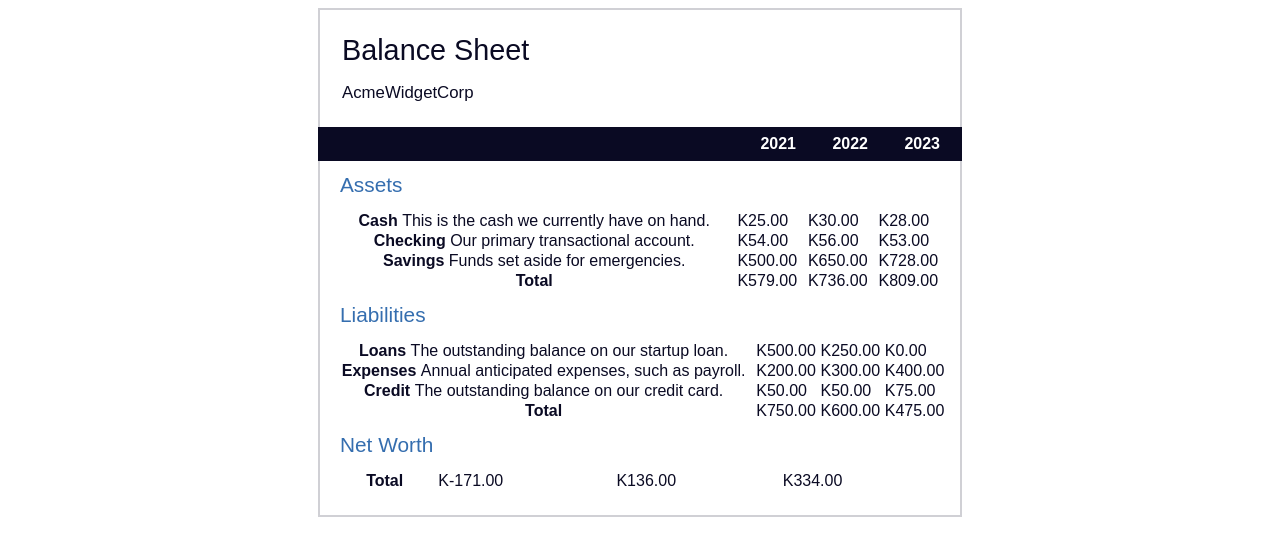
Repository: Lungdjos/balance_shee
Page: index.html
These files come from the project's save history. The page is drawn as it stood at one moment and after a run of saves; the edit follows.
The browser window is 1280 px wide. The pictures show the whole page.

Above is the page before, as saved 2023-11-04 23:00:20.

After the next 4 saves:
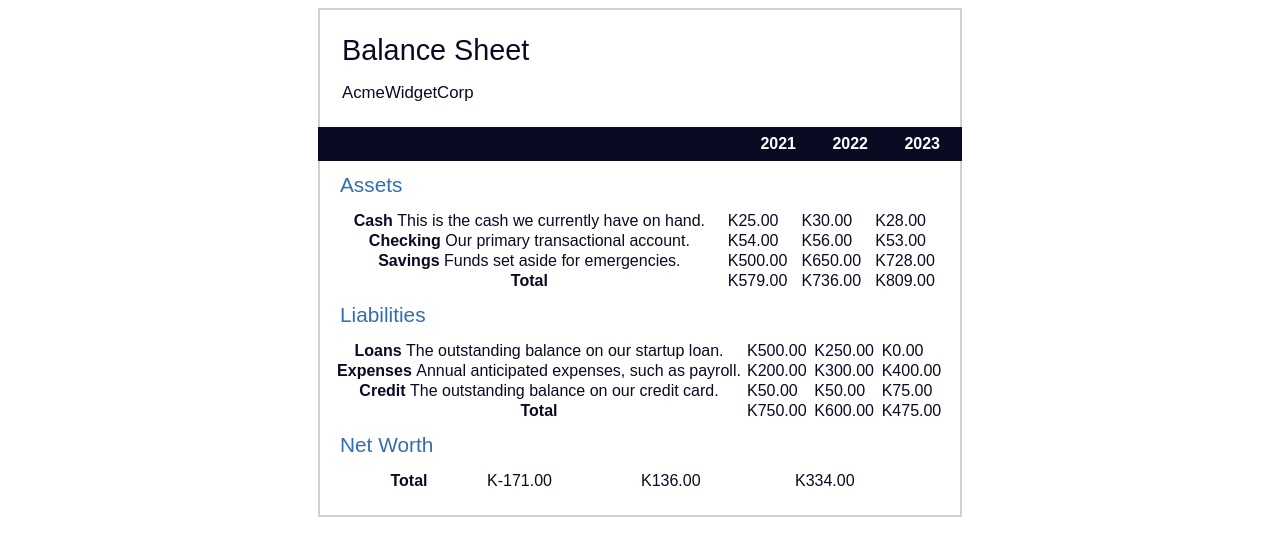
The 4 saves are shown as one change because they came seconds apart.
The last was saved 14 s later.
--- a/styles.css
+++ b/styles.css
@@ -96,4 +96,5 @@ table caption {
 
 td {
     max-width: 4rem;
+    min-width: 4rem;
 }
